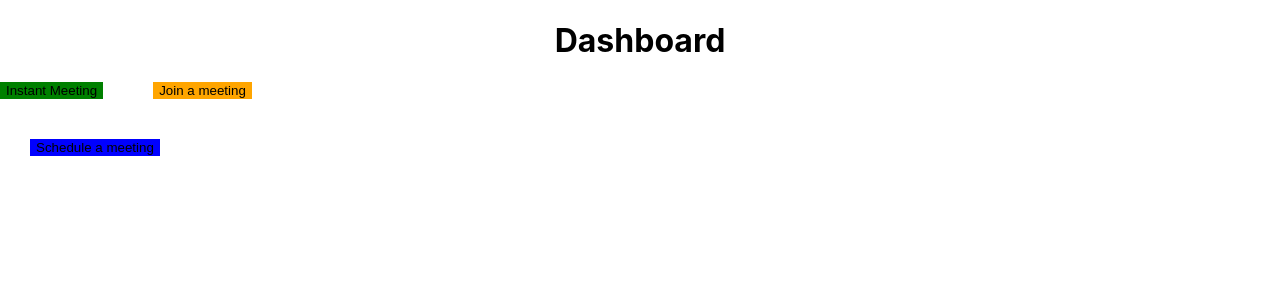
Repository: sreech465/myexam
Page: /
The author's editor kept a copy of each file at every save. The page is drawn from the files as they stood at one save, then again after the next save.
The browser window is 1280 px wide. The pictures show the whole page.
The project was rebuilt for these pictures with package versions that can differ from the ones it lists, and the page was loaded fresh each time. Also part of the build but not shown: src/Jmeet.js, src/Smeet.js.

Above is the page before, as saved 2023-01-14 16:02:02.

After the next save:
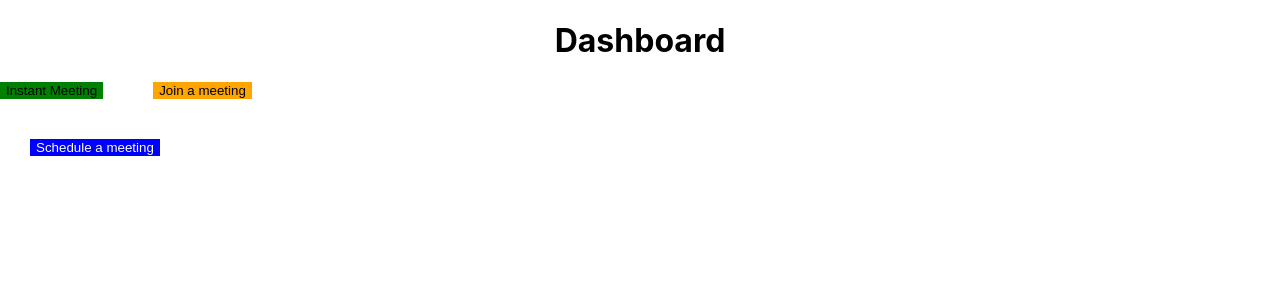
Saved 10 min 35 s later.
--- a/src/Details.js
+++ b/src/Details.js
@@ -32,6 +32,7 @@ const Details = () => {
       <button
         style={{
           backgroundColor: "blue",
+          color: "white",
           border: "none",
           marginTop: 40,
           position: "fixed",
